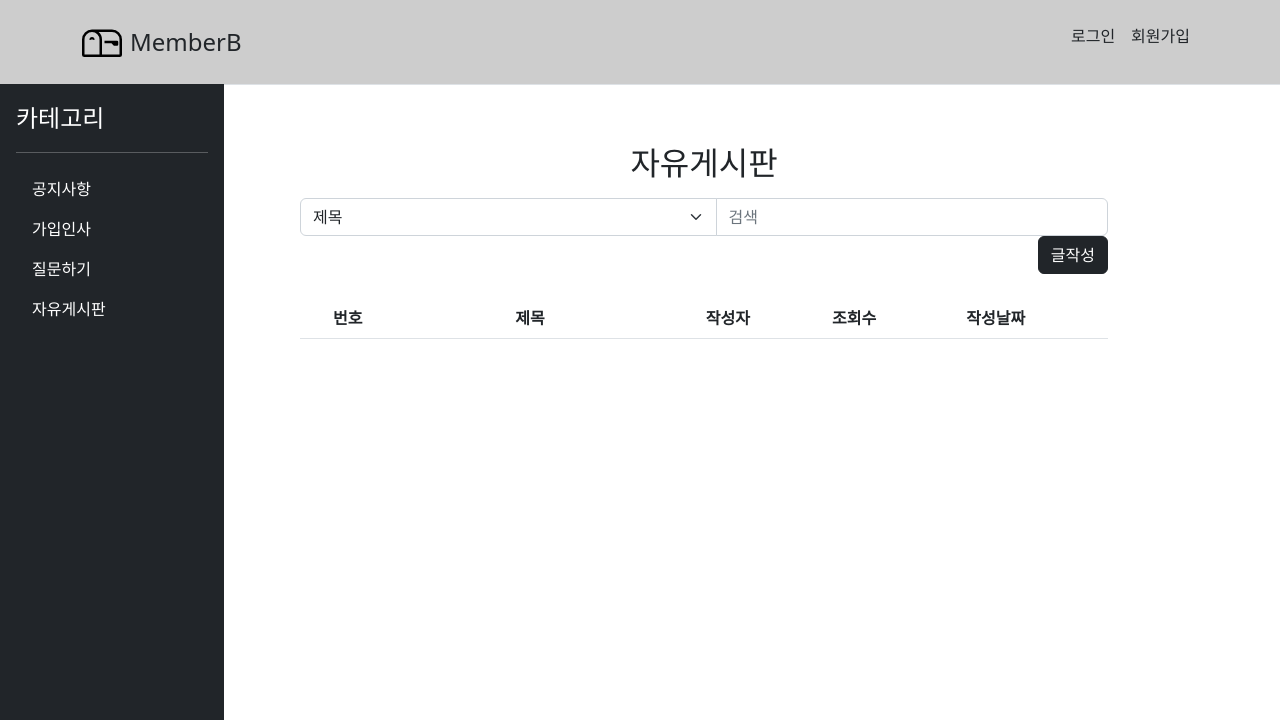
Repository: charmErin/board_220915
Page: http://localhost/board/WEB-INF/views/board/list.jsp
The author's editor kept a copy of each file at every save. The page is drawn from the files as they stood at one save, then again after the next save.
The browser window is 1280 px wide. The pictures show the whole page.
The page is served by Tomcat 9. Nobody is signed in. Other server files are loaded and not shown. The template is opened directly, without the code that normally fills it, so the values that code supplies are empty.

Above is the page before, as saved 2022-09-16 08:37:17.

### board/src/main/webapp/WEB-INF/views/board/list.jsp
<%@ page language="java" contentType="text/html; charset=UTF-8"
    pageEncoding="UTF-8"%>
<%@ taglib uri="http://java.sun.com/jsp/jstl/core" prefix="c" %>
<%@ taglib prefix="fmt" uri="http://java.sun.com/jsp/jstl/fmt" %>
<!DOCTYPE html>
<html>
<head>
<meta charset="UTF-8">
<title>Insert title here</title>
<style>
	.body-content {
		margin-top: 9rem;
		margin-left: 15rem;
		padding-left: 3rem;
		padding-right: 10rem;
	}

	h2 {
		text-align: center;
	}

	a {
		text-decoration: none !important;
		color: #000 !important;
	}

	td a:hover {
		color: dodgerblue !important;
		cursor: pointer;
	}

	th {
		text-align: center !important;
	}

	td:not(:nth-child(2)) {
		text-align: center !important;
	}
</style>
</head>
<body>
	<%@include file ="../layout/header.jsp" %>
	<div class="body-content">
	<div class="container my-4">
		<c:choose>
			<c:when test="${category eq 1}">
				<h2>공지사항</h2>
			</c:when>
			<c:when test="${category eq 2}">
				<h2>가입인사</h2>
			</c:when>
			<c:when test="${category eq 3}">
				<h2>질문하기</h2>
			</c:when>
			<c:otherwise>
				<h2>자유게시판</h2>
			</c:otherwise>
		</c:choose>


		<ul>
		</ul>
			<form class="col-md-auto" action="/board/search" method="get">
				<div class="input-group">
					<select class="form-select" name="searchType">
						<option value="boardTitle">제목</option>
						<option value="boardWriter">작성자</option>
						<option value="boardContetns">내용</option>
					</select>
					<input class="form-control col-2" type="text" name="q" placeholder="검색" aria-label="Search">
				</div>
			</form>

			<div class="d-grid gap-2 d-md-flex justify-content-md-end mb-4">
				<button onclick="boardSave()" class="btn btn-dark">글작성</button>
			</div>


		<table class="table table-hover">
			<tr>
				<th scope="row">번호</th>
				<th scope="row" class="col-4">제목</th>
				<th scope="row">작성자</th>
				<th scope="row">조회수</th>
				<th scope="row">작성날짜</th>
				<th></th>
			</tr>
			<c:forEach var="board" items="${boardList}">
				<tr>
					<td>${board.id}</td>
					<td>
						<a href="/board/detail/${board.id}">${board.boardTitle}</a>
						<c:if test="${board.boardFileName ne null}"><img src="#" alt=""/></c:if>
					</td>
					<td>${board.boardWriter}</td>
					<td>${board.boardHits}</td>
					<td><fmt:formatDate pattern="yyyy-MM-dd" value="${board.createdTime}"></fmt:formatDate></td>
					<td></td>
				</tr>
			</c:forEach>
		</table>
	</div>





	</div>
</body>
<script>
	const boardSave = () => {
		location.href = "/board/save-form";
	}
</script>
</html>

### board/src/main/webapp/WEB-INF/views/layout/header.jsp
<%@ page language="java" contentType="text/html; charset=UTF-8"
    pageEncoding="UTF-8"%>
<%@ taglib uri="http://java.sun.com/jsp/jstl/core" prefix="c" %>
<%@ taglib prefix="fmt" uri="http://java.sun.com/jsp/jstl/fmt" %>
<!DOCTYPE html>
<html>
<head>
<meta charset="UTF-8">
<link href="https://cdn.jsdelivr.net/npm/bootstrap@5.2.1/dist/css/bootstrap.min.css" rel="stylesheet" integrity="sha384-iYQeCzEYFbKjA/T2uDLTpkwGzCiq6soy8tYaI1GyVh/UjpbCx/TYkiZhlZB6+fzT" crossorigin="anonymous">
<title>Insert title here</title>
<style>
	header {
		background: #CDCDCD;
	}

	.side-bar {
		width: 14rem;
		height: 100%;
		margin-top: 1rem;
		position: fixed;
		display: inline !important;
	}
</style>
</head>
<body>
	<header class="py-3 border-bottom header-fix fixed-top">
		<div class="container d-flex flex-wrap justify-content-center">
			<a href="/" class="d-flex align-items-center mb-3 mb-lg-0 me-lg-auto text-dark text-decoration-none">
				<img src="../../../resources/svg/mailbox.svg" width="40" height="40">
				<span class="fs-4 m-2">
					MemberB
				</span>
			</a>

			<div>
				<c:choose>
					<c:when test="${sessionScope.id == null}">
						<ul class="nav">
							<li class="nav-item">
								<a href="/member/login-form" class="nav-link link-dark px-2">로그인</a>
							</li>
							<li class="nav-item">
								<a href="/member/save-form" class="nav-link link-dark px-2">회원가입</a>
							</li>
						</ul>
					</c:when>
					<c:otherwise>
						<ul class="nav">
							<li class="nav-item">
								<a href="/member/detail/${sessionScope.id}" class="nav-link link-dark px-2">${sessionScope.memberName}</a>
							</li>
							<c:if test="${sessionScope.loginId eq 'admin'}">
								<li class="nav-item">
									<a href="/member/findAll" class="nav-link link-dark px-2">회원목록</a>
								</li>
							</c:if>
							<li class="nav-item">
								<a href="/member/logout" class="nav-link link-dark px-2">로그아웃</a>
							</li>
						</ul>
					</c:otherwise>
				</c:choose>
			</div>
		</div>
		<div class="d-flex flex-column flex-shrink-0 p-3 text-bg-dark side-bar">
			<span class="fs-4">카테고리</span>
			<hr>
			<ul class="nav nav-pills flex-column mb-auto">
				<li class="nav-item">
					<a href="/board/1" class="nav-link text-white">공지사항</a>
				</li>
				<li>
					<a href="/board/2" class="nav-link text-white">가입인사</a>
				</li>
				<li>
					<a href="/board/3" class="nav-link text-white">질문하기</a>
				</li>
				<li>
					<a href="/board/4" class="nav-link text-white">자유게시판</a>
				</li>
			</ul>
		</div>
	</header>
</body>
</html>

### board/src/main/webapp/resources/svg/mailbox.svg
<svg xmlns="http://www.w3.org/2000/svg" width="16" height="16" fill="currentColor" class="bi bi-mailbox" viewBox="0 0 16 16">
  <path d="M4 4a3 3 0 0 0-3 3v6h6V7a3 3 0 0 0-3-3zm0-1h8a4 4 0 0 1 4 4v6a1 1 0 0 1-1 1H1a1 1 0 0 1-1-1V7a4 4 0 0 1 4-4zm2.646 1A3.99 3.99 0 0 1 8 7v6h7V7a3 3 0 0 0-3-3H6.646z"/>
  <path d="M11.793 8.5H9v-1h5a.5.5 0 0 1 .5.5v1a.5.5 0 0 1-.5.5h-1a.5.5 0 0 1-.354-.146l-.853-.854zM5 7c0 .552-.448 0-1 0s-1 .552-1 0a1 1 0 0 1 2 0z"/>
</svg>

After the next save:
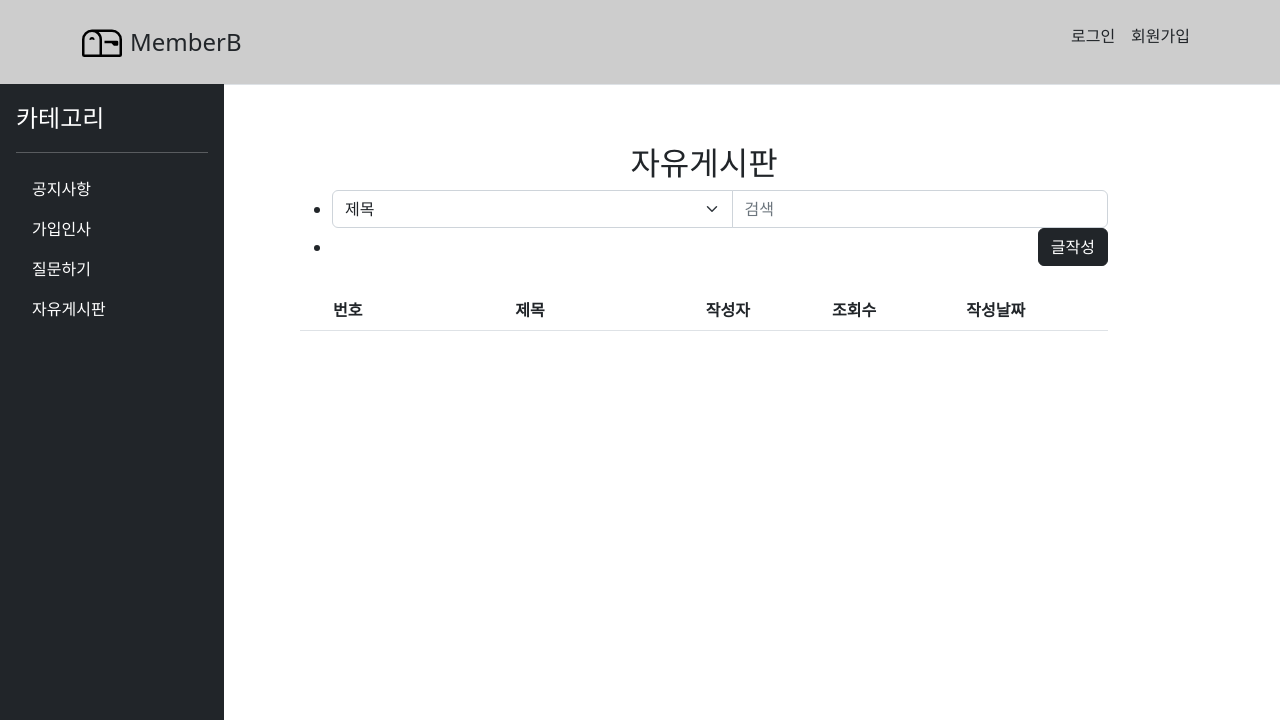
Saved 31 s later.
--- a/board/src/main/webapp/WEB-INF/views/board/list.jsp
+++ b/board/src/main/webapp/WEB-INF/views/board/list.jsp
@@ -59,7 +59,7 @@
 
 
 		<ul>
-		</ul>
+			<li>
 			<form class="col-md-auto" action="/board/search" method="get">
 				<div class="input-group">
 					<select class="form-select" name="searchType">
@@ -70,10 +70,13 @@
 					<input class="form-control col-2" type="text" name="q" placeholder="검색" aria-label="Search">
 				</div>
 			</form>
-
+			</li>
+			<li>
 			<div class="d-grid gap-2 d-md-flex justify-content-md-end mb-4">
 				<button onclick="boardSave()" class="btn btn-dark">글작성</button>
 			</div>
+			</li>
+		</ul>
 
 
 		<table class="table table-hover">
